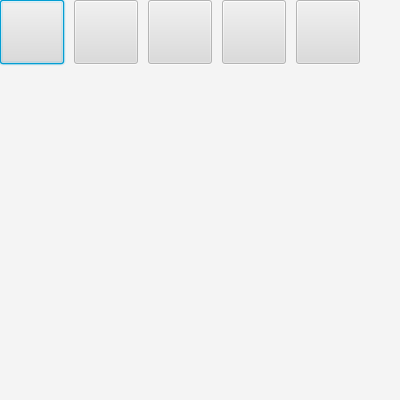
Repository: Lejtek/Java_Der_umfassende_Java_Einsteigerkurs
Program's window: java WidgetShortcut/src/application/Main.java
The author's editor kept a copy of each file at every save. The program's window is drawn from the files as they stood at one save, then again after a run of saves.
It runs on Java 21 on a 1366 x 768 screen with JavaFX 11; the title bar is not drawn.

Above is the program's window before, as saved 2022-04-25 19:18:40.

After the next 2 saves:
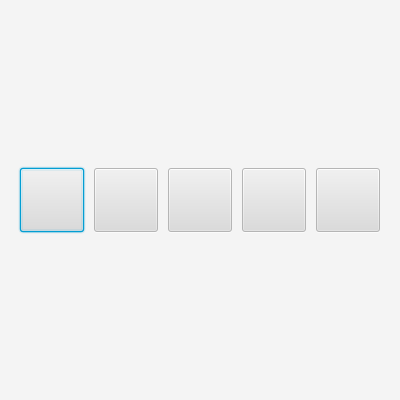
The 2 saves are shown as one change because 1 did not build or start.
The last was saved 84 s later.
--- a/WidgetShortcut/src/application/Main.java
+++ b/WidgetShortcut/src/application/Main.java
@@ -1,6 +1,7 @@
 package application;
 
 import javafx.application.Application;
+import javafx.geometry.Pos;
 import javafx.stage.Stage;
 import javafx.scene.Scene;
 import javafx.scene.control.Button;
@@ -14,6 +15,7 @@
 			HBox root = new HBox();
 			root.setPrefSize(340.0, 70.0);
 			root.setSpacing(10.0);
+			root.setAlignment(Pos.CENTER);
 
 			// Elemente erstellen wie Button etc.
 			Button button1 = new Button();
